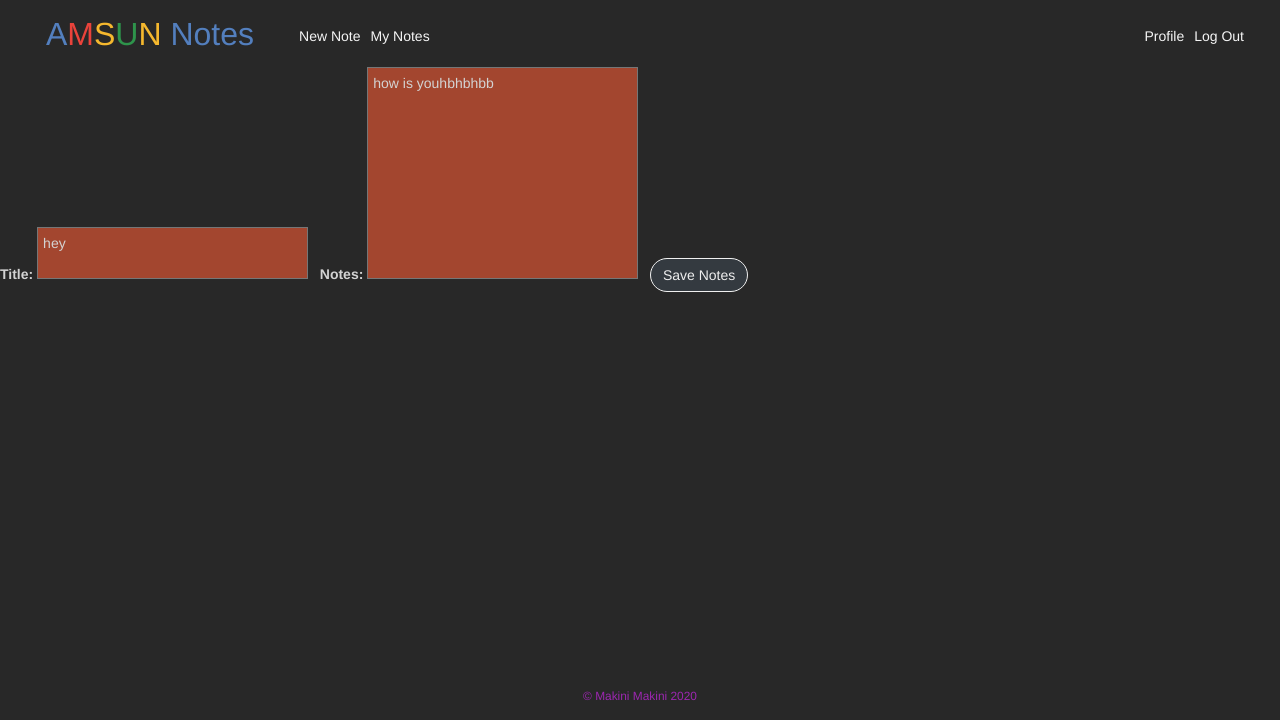
Repository: MakiniMakini/AMSUN-NOTES
Page: http://localhost/22/edit
The author's editor kept a copy of each file at every save. The page is drawn from the files as they stood at one save, then again after the next save.
The browser window is 1280 px wide. The pictures show the whole page.
Some web fonts or font styles are not loaded; a fallback is used. The page is served by the project's application, run on Flask 3 (application.py). The session is filled in as if someone had signed in: {"user_id": 1}. The page reads the database file committed with the project.

Above is the page before, as saved 2020-12-25 13:20:12.

After the next save:
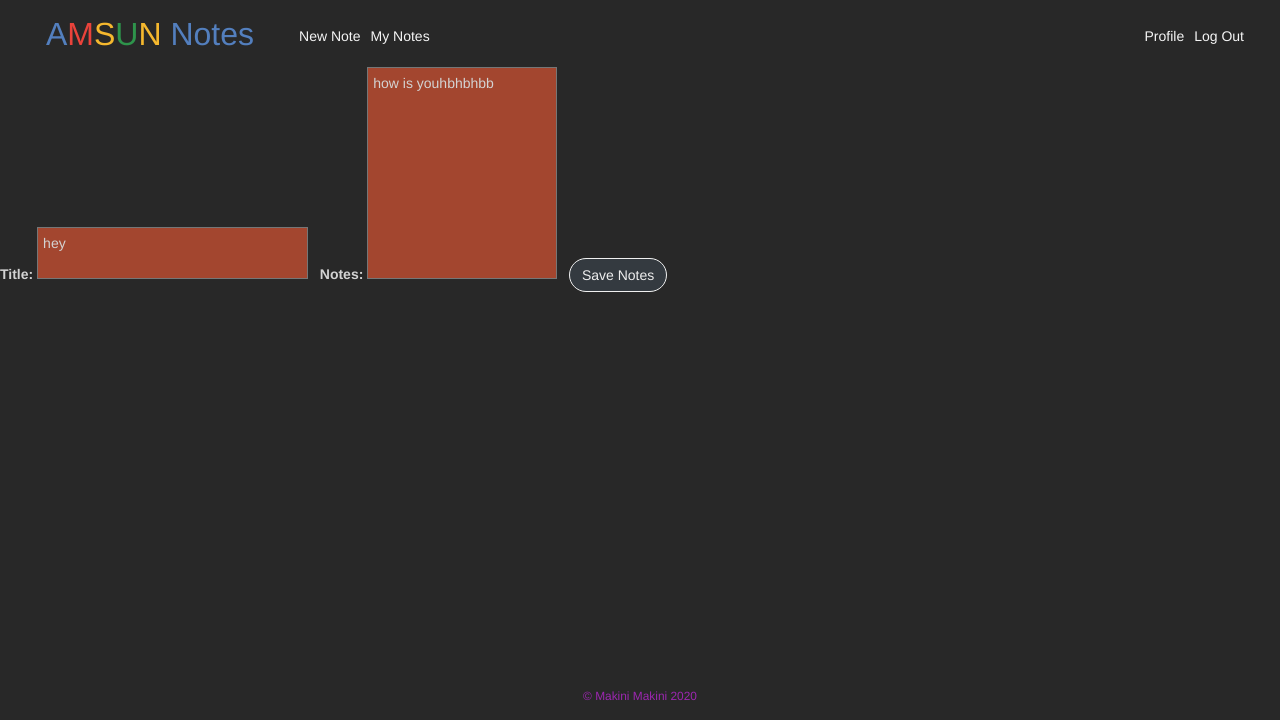
Saved 8 s later.
--- a/templates/edit.html
+++ b/templates/edit.html
@@ -14,7 +14,7 @@
              <label for="title">Title:</label>
              <textarea name="title" id="" cols="30" rows="2" placeholder="title" type="text" >{{item[1]}}</textarea> &nbsp;
              <label for="notes">Notes:</label>
-             <textarea name="notes" cols="30" rows="10" placeholder="notes" type="text">{{item[2]}}</textarea> &nbsp;
+             <textarea name="notes" cols="20" rows="10" placeholder="notes" type="text">{{item[2]}}</textarea> &nbsp;
               <button class="btn btn-primary bg-dark" type="submit">Save Notes</button>
             </form>
 

After the save that followed:
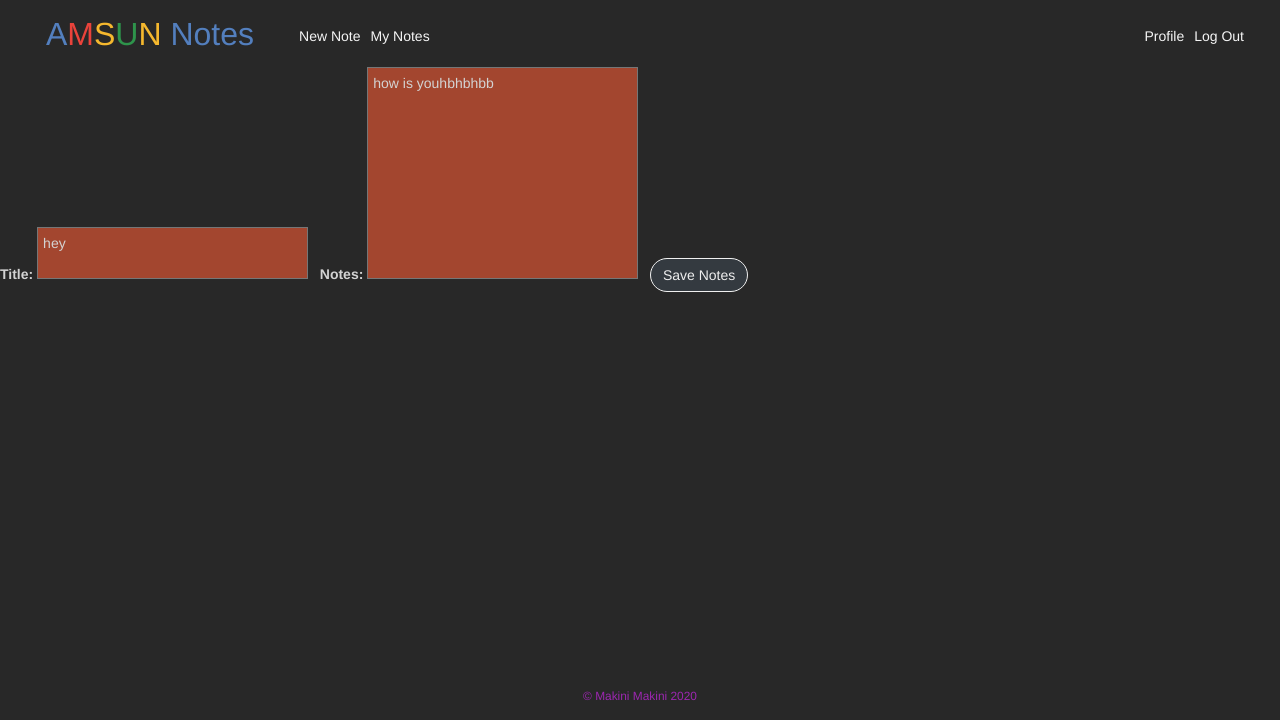
Saved 9 s later.
--- a/templates/edit.html
+++ b/templates/edit.html
@@ -14,7 +14,7 @@
              <label for="title">Title:</label>
              <textarea name="title" id="" cols="30" rows="2" placeholder="title" type="text" >{{item[1]}}</textarea> &nbsp;
              <label for="notes">Notes:</label>
-             <textarea name="notes" cols="20" rows="10" placeholder="notes" type="text">{{item[2]}}</textarea> &nbsp;
+             <textarea name="notes" cols="30" rows="10" placeholder="notes" type="text">{{item[2]}}</textarea> &nbsp;
               <button class="btn btn-primary bg-dark" type="submit">Save Notes</button>
             </form>
 
